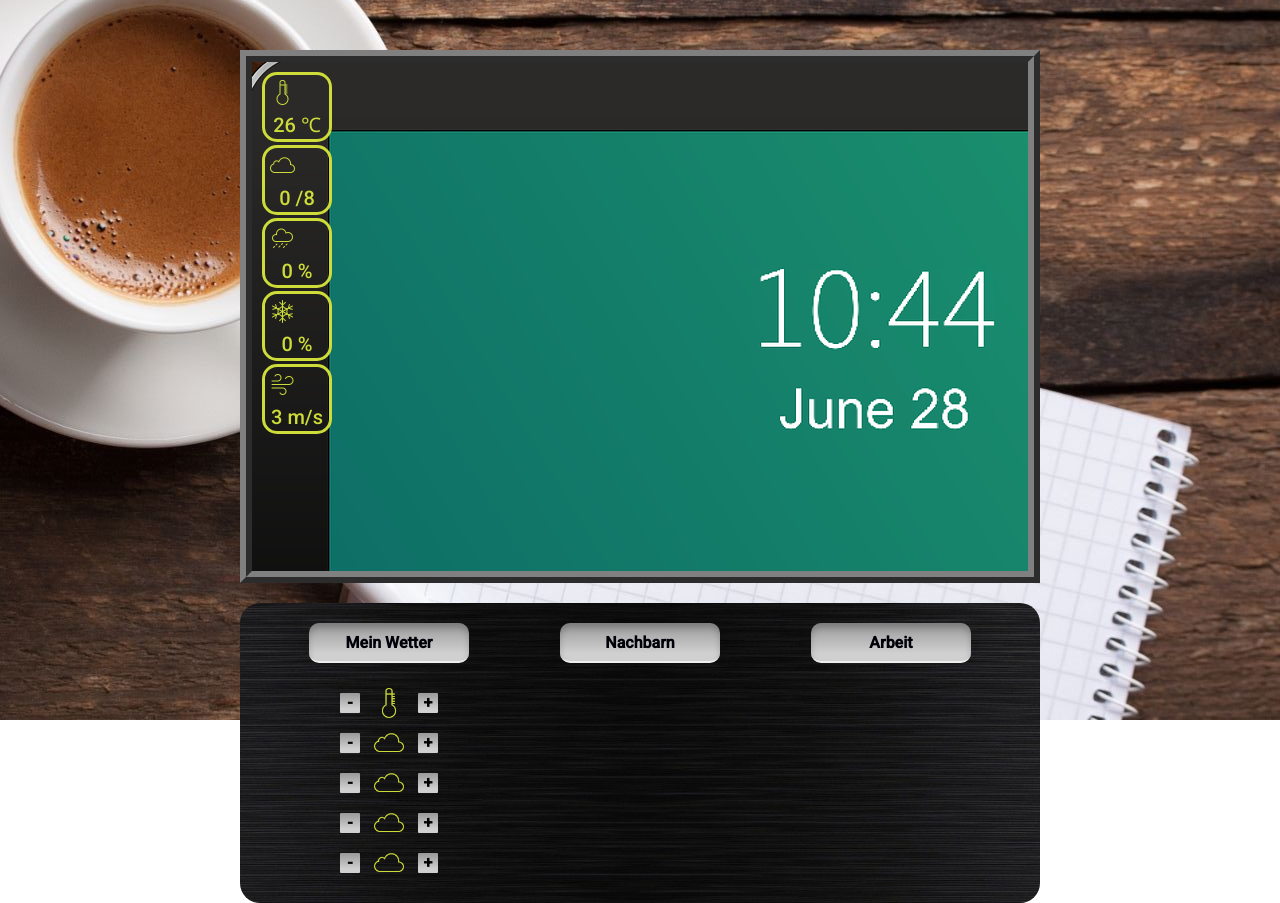
Repository: NadiaSchmitz/wetter.githab.io
Page: index.html
The author's editor kept a record of every edit. The page is drawn from the files as they stood at one moment, then again after the next edit.
The browser window is 1280 px wide. The pictures show the whole page.

Above is the page before.
Not found: styles/background1.css
Not found: styles/background2.css
Not found: styles/background3.css

### index.html
<!DOCTYPE html>
<html>

<head>
  <meta charset="utf-8" />
  <title>Das Wetter</title>
  <link rel="stylesheet" href="./styles/reset.css" type="text/css" />
  <link rel="stylesheet" href="./styles/style.css" type="text/css" />
  <link rel="stylesheet" href="./styles/icons.css" type="text/css" />
  <link rel="stylesheet" href="./styles/table.css" type="text/css" />
  <link rel="stylesheet" href="./styles/tablet.css" type="text/css" />
  <link rel="stylesheet" href="./styles/keyboard.css" type="text/css" />
  <link rel="stylesheet" href="./styles/background1.css" type="text/css" />
  <link rel="stylesheet" href="./styles/background2.css" type="text/css" />
  <link rel="stylesheet" href="./styles/background3.css" type="text/css" />
  <meta name="viewport" content="width=device-width, initial-scale=1.0">
  <link rel="preconnect" href="https://fonts.googleapis.com">
  <link rel="preconnect" href="https://fonts.gstatic.com" crossorigin>
  <link href="https://fonts.googleapis.com/css2?family=Roboto:wght@500&display=swap" rel="stylesheet">
  <link rel="shortcut icon" href="images/favicon.png" type="image/x-icon">
  <script src="https://ajax.googleapis.com/ajax/libs/jquery/2.2.0/jquery.min.js"></script>

</head>

<body>
  <section class="wrapper">
    <div class="coffee"></div>
    <section class="inner_wrapper">
      <div class="weather_wrapper">
        <div id="weather" class="main_layout_my_weather">
        <div id="layout_1" class="layout1_my_weather"></div>
        <div class="status_wrapper">
          <div class="status status_temperature">
            <div class="status_value status_temperature_value">
              <span>26</span>
              <span class="celsius">&#8451;</span>
            </div>
          </div>
          <div class="status status_clouds">
            <div class="status_value status_clouds_value">
              <span>0</span>
              <span>/8</span>
            </div>
          </div>
          <div class="status status_rain">
            <div class="status_value status_rain_value">
              <span>0</span>
              <span>%</span>
            </div>
          </div>
          <div class="status status_snow">
            <div class="status_value status_snow_value">
              <span>0</span>
              <span>%</span>
            </div>
          </div>
          <div class="status status_wind">
            <div class="status_value status_wind_value">
              <span>3</span>
              <span>m/s</span>
            </div>
          </div>
        </div>
      </div>
      </div>
      <div class="control">
        <div class="control_keyboard">
          <div class="control_keyboard_section">
            <div class="weather_button_wrapper">
              <span id="myWeather" class="weather_button">Mein Wetter</span>
            </div>
            <div class="control_keyboard_content">
              <div class="control_keyboard_content_item">
                <span class="control_button temperatur_minus">-</span>
                <span class="control_weather temperatur_value"></span>
                <span class="control_button temperatur_plus">+</span>
              </div>
              <div class="control_keyboard_content_item">
                <span class="control_button clouds_minus">-</span>
                <span class="control_weather clouds_value"></span>
                <span class="control_button clouds_plus">+</span>
              </div>
              <div class="control_keyboard_content_item">
                <span class="control_button clouds_minus">-</span>
                <span class="control_weather clouds_value"></span>
                <span class="control_button clouds_plus">+</span>
              </div>
              <div class="control_keyboard_content_item">
                <span class="control_button clouds_minus">-</span>
                <span class="control_weather clouds_value"></span>
                <span class="control_button clouds_plus">+</span>
              </div>
              <div class="control_keyboard_content_item">
                <span class="control_button clouds_minus">-</span>
                <span class="control_weather clouds_value"></span>
                <span class="control_button clouds_plus">+</span>
              </div>
            </div>
          </div>
          <div class="control_keyboard_section">
            <div class="weather_button_wrapper">
              <span id="nachbarnWeather" class="weather_button">Nachbarn</span>
            </div>
          </div>
          <div class="control_keyboard_section">
            <div class="weather_button_wrapper">
              <span id="arbeitWeather" class="weather_button">Arbeit</span>
            </div>
          </div>
        </div>
      </div>
    </section>
  </section>
  <script type="text/javascript" src="./js/weather.js"></script>
  <script type="text/javascript" src="./js/general.js"></script>
</body>

</html>

### styles/reset.css
html, body, div, span, applet, object, iframe,
h1, h2, h3, h4, h5, h6, p, blockquote, pre,
a, abbr, acronym, address, big, cite, code,
del, dfn, em, img, ins, kbd, q, s, samp,
small, strike, strong, sub, sup, tt, var,
b, u, i, center,
dl, dt, dd, ol, ul, li,
fieldset, form, label, legend,
table, caption, tbody, tfoot, thead, tr, th, td,
article, aside, canvas, details, embed,
figure, figcaption, footer, header, hgroup,
menu, nav, output, ruby, section, summary,
time, mark, audio, video {
	margin: 0;
	padding: 0;
	box-sizing: border-box;
	border: 0;
	font-size: 100%;
	font: inherit;
	vertical-align: baseline;
}
/* HTML5 display-role reset for older browsers */
article, aside, details, figcaption, figure,
footer, header, hgroup, menu, nav, section {
	display: block;
}
body {
	line-height: 1;
}
ol, ul {
	list-style: none;
}
blockquote, q {
	quotes: none;
}
blockquote:before, blockquote:after,
q:before, q:after {
	content: '';
	content: none;
}
table {
	border-collapse: collapse;
	border-spacing: 0;
}

### styles/style.css
.wrapper {
  background-image: url(../images/table.jpg);
  height: calc(100vh);
  background-position: 50% -200px;
}

.inner_wrapper {
  font-family: 'Roboto', sans-serif;
  padding: 50px  0 0 0;
}

.weather_wrapper {
  width: 800px;
  height: 533px;
  background-image: url(../images/tablet.png);
  margin: 0 auto 20px;
}

#weather {
  position: relative;
  width: 800px;
  height: 533px;
  background-size: cover;
  background-repeat: no-repeat;
  background-position: 50%;
  border: 12px ridge gray;
  margin: 0 auto 20px;
}



#layout_1 {
  position: absolute;
  top: 0;
  bottom: 0;
  left: 0;
  right: 0;
  background-size: cover;
  background-position: 40% 0;
}

.status_wrapper {
  padding: 10px 0 0 10px;
}

.status {
  position: relative;
  width: 70px;
  height: 70px;
  border-radius: 15px;
  border: 3px solid #cddc39;
  background-size: 25px;
  background-position: 5px 5px;
  background-repeat: no-repeat;
  margin: 0 0 3px 0;
}

.status:last-of-type {
  margin: 0;
}

.status_value {
  font-size: 20px;
  line-height: 40px;
  text-align: center;
  color: #cddc39;
  margin: 30px 0 0 0;
}

.control {

}

.control_keyboard {
  width: 800px;
  height: 300px;
  background-color: #3a3939;
  background-size: cover;
  border-radius: 20px;
  text-align: center;
  margin: 0 auto;
  padding: 20px;
}

.control_keyboard_section {
  display: inline-block;
  vertical-align: top;
  width: 32.5%;
  padding: 0 10px 0 10px;
}

.weather_button_wrapper {
  margin: 0 0 30px 0;
}

.weather_button {
  width: 160px;
  height: 40px;
  border-bottom: 2px solid #eee;
  box-shadow: inset rgba(0,0,0,0.2) 0px 5px 6px;
  display: block;
  font-size: 16px;
  line-height: 40px;
  color: #000009;
  font-weight: 700;
  text-align: center;
  text-decoration: none;
  background-image: -webkit-linear-gradient(top, #999, #d0d0d0 80%);
  background-image: -moz-linear-gradient(top, #999, #d0d0d0 80%);
  background-image: -ms-linear-gradient(top, #999, #d0d0d0 80%);
  background-image: -o-linear-gradient(top, #999, #d0d0d0 80%);
  background-image: linear-gradient(top, #999, #d0d0d0 80%);
  -moz-border-radius: 10px;
  -webkit-border-radius: 10px;
  border-radius: 10px;
  -webkit-transition: all .1s ease-in;
  -moz-transition: all .1s ease-in;
  -ms-transition: all .1s ease-in;
  -o-transition: all .1s ease-in;
  transition: all .1s ease-in;
  cursor: pointer;
  margin: 0 auto;
}

.weather_button:hover {
  -webkit-box-shadow: rgba(0,0,0,.4) 0 3px 8px;
  -moz-box-shadow: rgba(0,0,0,.4) 0 3px 8px;
  box-shadow: rgba(0,0,0,.4) 0 3px 8px;
}

.weather_button:active {
  color: #777;
  border-bottom: 1px solid #fff;
  -webkit-box-shadow: inset rgba(0,0,0,.5) 0px 5px 10px;
  -moz-box-shadow: inset rgba(0,0,0,.5) 0px 5px 10px;
  box-shadow: inset rgba(0,0,0,.5) 0px 5px 10px;
}

.control_keyboard_content_item {
  margin: 0 0 15px 0;
}

.control_button {
  display: inline-block;
  vertical-align: top;
  width: 20px;
  height: 20px;
  font-size: 16px;
  line-height: 20px;
  font-weight: 700;
  text-align: center;
  background-image: -webkit-linear-gradient(top, #999, #d0d0d0 80%);
  background-image: -moz-linear-gradient(top, #999, #d0d0d0 80%);
  background-image: -ms-linear-gradient(top, #999, #d0d0d0 80%);
  background-image: -o-linear-gradient(top, #999, #d0d0d0 80%);
  background-image: linear-gradient(top, #999, #d0d0d0 80%);
  -moz-border-radius: 1px;
  -webkit-border-radius: 1px;
  border-radius: 1px;
  -webkit-transition: all .1s ease-in;
  -moz-transition: all .1s ease-in;
  -ms-transition: all .1s ease-in;
  -o-transition: all .1s ease-in;
  transition: all .1s ease-in;
}

.control_weather {
  display: inline-block;
  vertical-align: top;
  width: 30px;
  height: 30px;
  background-position: 50%;
  background-size: cover;
  margin: -5px 10px 0 10px;
}

### js/weather.js
var weatherArray = [];
weatherArray = [
  {
    weatherOwner: "myWeather",
    temperaturUnderLimit: 25,
    temperaturStandart: 26,
    temperaturUpperLimit: 27,
    cloudsUnderLimit: 0,
    cloudsStandart: 0,
    cloudsUpperLimit: 1,
    rainUnderLimit: 0,
    rainStandart: 0,
    rainUpperLimit: 5,
    snowUnderLimit: 0,
    snowStandart: 0,
    snowUpperLimit: 0,
    windUnderLimit: 3,
    windStandart: 3,
    windUpperLimit: 5,
    mainLayoutClass: "main_layout_my_weather",
    layout1: "layout1_my_weather",
    layout2: ""
  },

  {
    weatherOwner: "nachbarnWeather",
    temperaturUnderLimit: 3,
    temperaturStandart: 5,
    temperaturUpperLimit: 8,
    cloudsUnderLimit: 7,
    cloudsStandart: 8,
    cloudsUpperLimit: 9,
    rainUnderLimit: 80,
    rainStandart: 90,
    rainUpperLimit: 100,
    snowUnderLimit: 0,
    snowStandart: 0,
    snowUpperLimit: 0,
    windUnderLimit: 20,
    windStandart: 30,
    windUpperLimit: 40,
    mainLayoutClass: "main_layout_nachbarn_weather",
    layout1: "layout1_nachbarn_weather",
    layout2: ""
  },

  {
    weatherOwner: "arbeitWeather",
    temperaturUnderLimit: -10,
    temperaturStandart: -20,
    temperaturUpperLimit: -30,
    cloudsUnderLimit: 3,
    cloudsStandart: 4,
    cloudsUpperLimit: 5,
    rainUnderLimit: 0,
    rainStandart: 0,
    rainUpperLimit: 0,
    snowUnderLimit: 30,
    snowStandart: 50,
    snowUpperLimit: 80,
    windUnderLimit: 0,
    windStandart: 0,
    windUpperLimit: 0,
    mainLayoutClass: "main_layout_arbeit_weather",
    layout1: "layout1_arbeit_weather",
    layout2: ""
  },
]

$(document).ready(function() {
  $(".weather_button").click(function() {
    var buttonId = $(this).attr('id');
    console.log(buttonId);
    for (var i = 0; i < weatherArray.length; i++) {
      if (buttonId == weatherArray[i].weatherOwner) {
        var styleId = i;
        $('#weather').removeClass().addClass(weatherArray[styleId].mainLayoutClass);
        $('#layout_1').removeClass().addClass(weatherArray[styleId].layout1);
        /*$('.sidebar_left').css('backgroundColor', colorSchemeArray[styleId].colorSidebarLeft);
        $('h4').css('backgroundColor', colorSchemeArray[styleId].colorTopic);*/
      }
    }
  });
})

### js/general.js
$(document).ready(function() {
    var widthScreen = $(window).width() - 700;
    var heightScreen = widthScreen / 1.5;

    var screenRatio = widthScreen / heightScreen;

    console.log(widthScreen);
    console.log(heightScreen);
    console.log(screenRatio);

    $(".weather").css("width", widthScreen);
    $(".weather").css("height", heightScreen);
})

Loaded but not shown: styles/icons.css (library); styles/table.css (library); styles/tablet.css (library); styles/keyboard.css (library)

After the next edit:
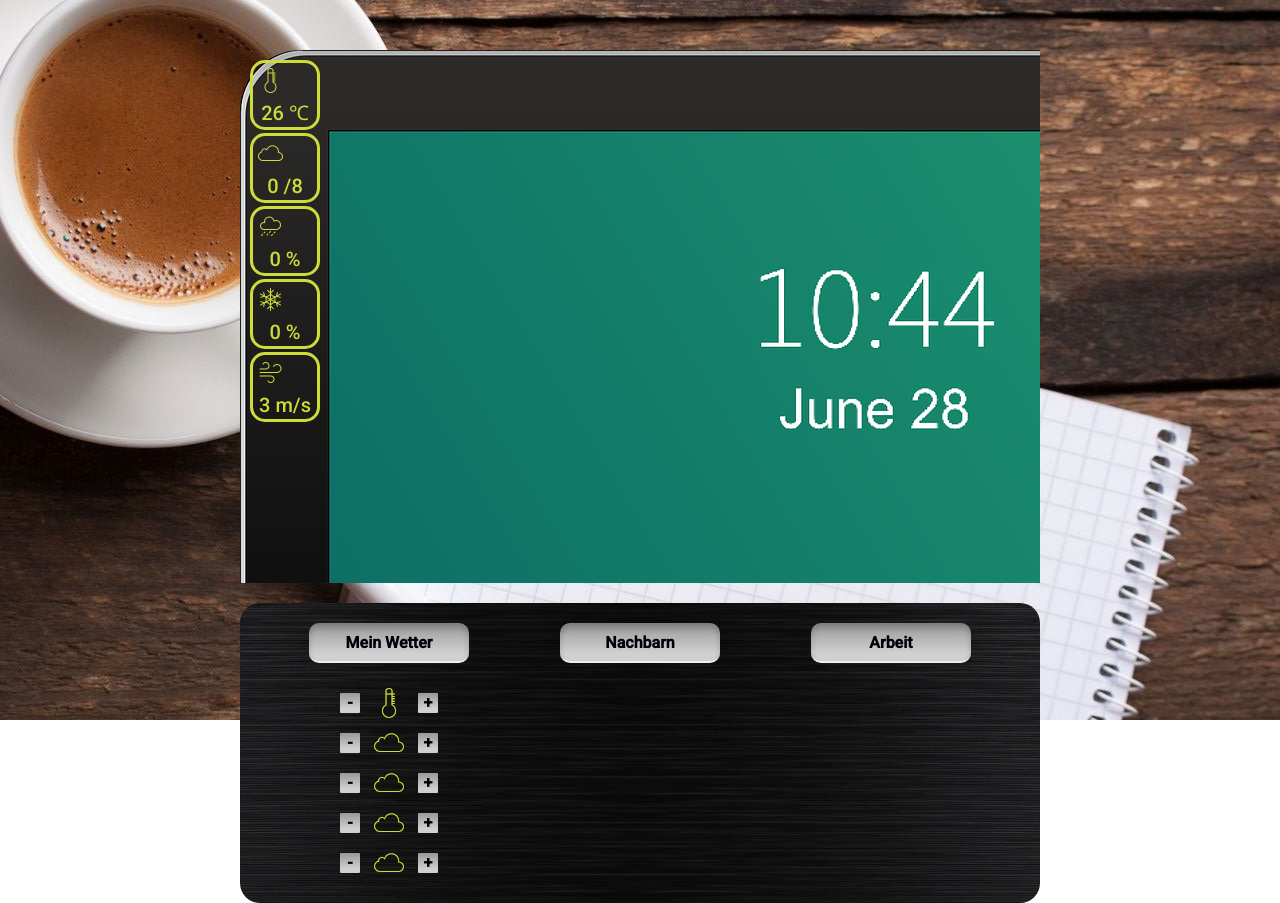
The edit:
--- a/styles/style.css
+++ b/styles/style.css
@@ -23,8 +23,6 @@
   background-size: cover;
   background-repeat: no-repeat;
   background-position: 50%;
-  border: 12px ridge gray;
-  margin: 0 auto 20px;
 }
 
 
